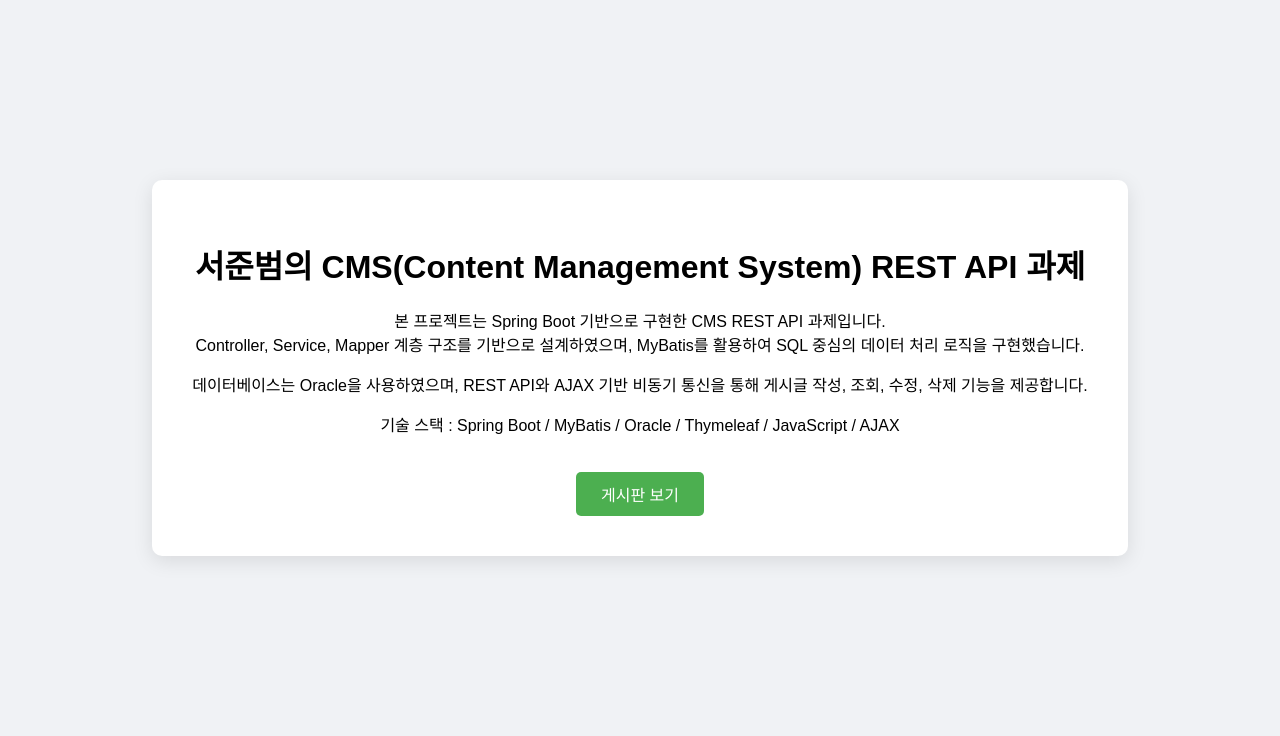
Repository: JunBeomSeo/CMS
Page: http://localhost/index
The author's editor kept a copy of each file at every save. The page is drawn from the files as they stood at one save, then again after the next save.
The browser window is 1280 px wide. The pictures show the whole page.
The page is this project's Thymeleaf template; nobody is signed in. The template is opened directly, without the code that normally fills it, so the values that code supplies are empty.

Above is the page before, as saved 2026-03-27 16:36:11.

### cms/src/main/resources/templates/index.html
<!DOCTYPE html>
<html xmlns:th="http://www.thymeleaf.org">
<head>
<meta charset="UTF-8">
<title>서준범 CMS REST API 과제</title>
<link rel="stylesheet" th:href="@{/css/index.css}">
</head>
<body>
    <div class="container">
        <div class="card">
		<h1>서준범의 CMS(Content Management System) REST API 과제</h1>

		<p>
		본 프로젝트는 Spring Boot 기반으로 구현한 CMS REST API 과제입니다.<br>
		Controller, Service, Mapper 계층 구조를 기반으로 설계하였으며,
		MyBatis를 활용하여 SQL 중심의 데이터 처리 로직을 구현했습니다.
		</p>

		<p>
		데이터베이스는 Oracle을 사용하였으며,
		REST API와 AJAX 기반 비동기 통신을 통해
		게시글 작성, 조회, 수정, 삭제 기능을 제공합니다.
		</p>

		<p>
		기술 스택 : Spring Boot / MyBatis / Oracle / Thymeleaf / JavaScript / AJAX
		</p>
            <a href="/boardList" class="btn">게시판 보기</a>
        </div>
    </div>
</body>
</html>

### cms/src/main/resources/static/css/index.css
@charset "UTF-8";
body {
    font-family: Arial, sans-serif;
    background-color: #f0f2f5;
    display: flex;
    justify-content: center;
    align-items: center;
    height: 100vh;
}

.container {
    text-align: center;
}

.card {
    background-color: #fff;
    padding: 40px;
    border-radius: 10px;
    box-shadow: 0 5px 20px rgba(0,0,0,0.1);
}

.btn {
    display: inline-block;
    margin-top: 20px;
    padding: 10px 25px;
    background-color: #4CAF50;
    color: white;
    text-decoration: none;
    border-radius: 5px;
}

.btn:hover {
    background-color: #45a049;
}

After the next save:
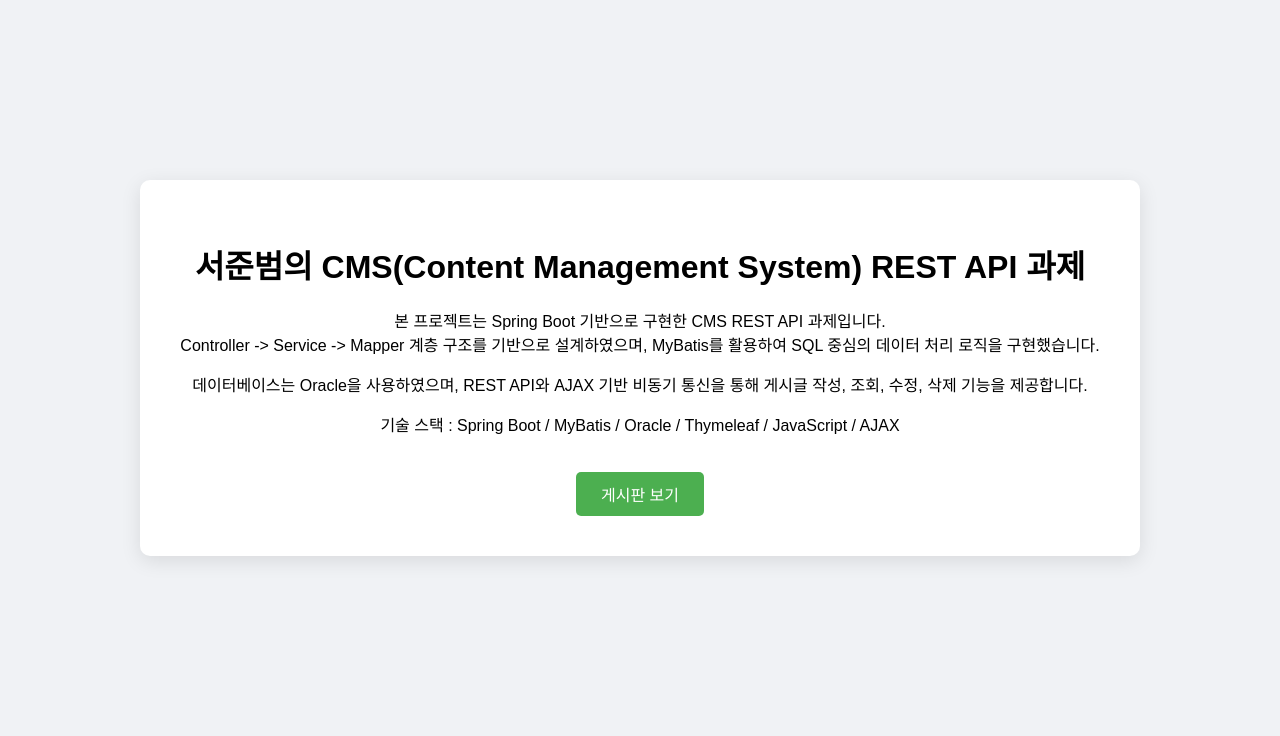
Saved 22 s later.
--- a/cms/src/main/resources/templates/index.html
+++ b/cms/src/main/resources/templates/index.html
@@ -12,7 +12,7 @@
 
 		<p>
 		본 프로젝트는 Spring Boot 기반으로 구현한 CMS REST API 과제입니다.<br>
-		Controller, Service, Mapper 계층 구조를 기반으로 설계하였으며,
+		Controller -> Service -> Mapper 계층 구조를 기반으로 설계하였으며,
 		MyBatis를 활용하여 SQL 중심의 데이터 처리 로직을 구현했습니다.
 		</p>
 
